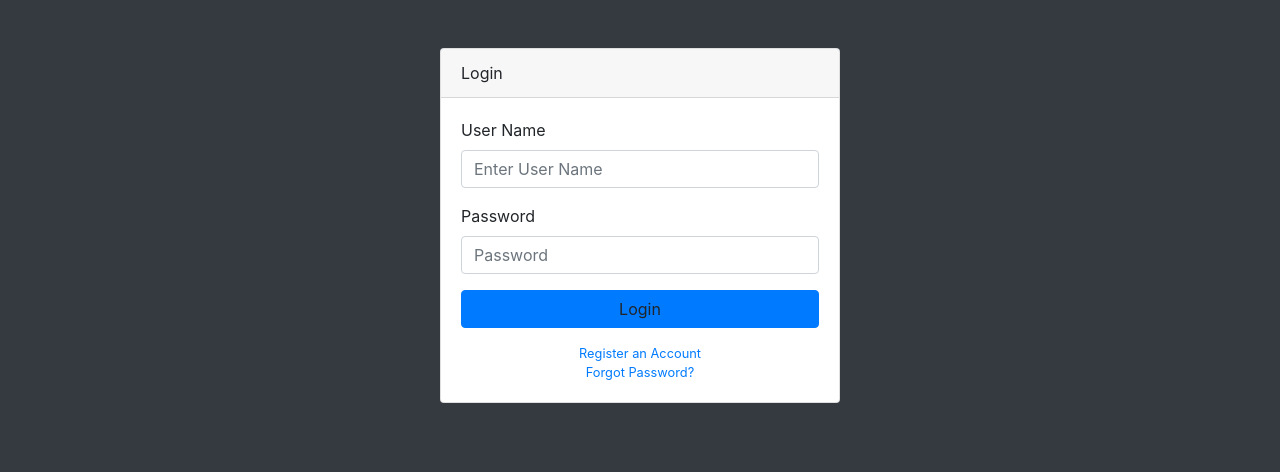
Repository: riorbak/Batch-Source
Page: Project 1/ERS/src/main/webapp/00-login.html
These files come from the project's save history. The page is drawn as it stood at one moment and after the next save; the edit follows.
The browser window is 1280 px wide. The pictures show the whole page.

Above is the page before, as saved 2018-03-12 00:35:42.
Console error: ReferenceError: getJSON is not defined

### Project 1/ERS/src/main/webapp/00-login.html
<!DOCTYPE html>
<html lang="en">

<head>
  <meta charset="utf-8">
  <meta http-equiv="X-UA-Compatible" content="IE=edge">
  <meta name="viewport" content="width=device-width, initial-scale=1, shrink-to-fit=no">
  <meta name="description" content="">
  <meta name="author" content="">
  <title>ERS - Login</title>
  <!-- Bootstrap core CSS-->
  <link href="vendor/bootstrap/css/bootstrap.min.css" rel="stylesheet">
  <!-- Custom fonts for this template-->
  <link href="vendor/font-awesome/css/font-awesome.min.css" rel="stylesheet" type="text/css">
  <!-- Custom styles for this template-->
  <link href="css/sb-admin.css" rel="stylesheet">
</head>

<body class="bg-dark">

  <div class="container">

    <div class="card card-login mx-auto mt-5">
      <div class="card-header">Login</div>
      <div class="card-body">
        <form action="LoginServlet" method="post">
          <div class="form-group">
            <label for="inputUsername">User Name</label>
            <input class="form-control" id="inputUsername" type="text" name="username" placeholder="Enter User Name">
          </div>
          <div class="form-group">
            <label for="inputPassword">Password</label>
            <input class="form-control" id="inputPassword" type="password" name="password" placeholder="Password">
          </div>
          <a class="btn btn-primary btn-block" id="loginBtn">Login</a>
          <!-- Skips AJAX, goes right to servlet | <input type="submit" value="Login"/> -->
        </form>
        <div class="text-center">
          <a class="d-block small mt-3" href="register.html">Register an Account</a>
          <a class="d-block small" href="forgot-password.html">Forgot Password?</a>
        </div>
      </div>
    </div>
  </div>
  <!-- Bootstrap core JavaScript-->
  <script src="vendor/jquery/jquery.min.js"></script>
  <script src="vendor/bootstrap/js/bootstrap.bundle.min.js"></script>
  <!-- Core plugin JavaScript-->
  <script src="vendor/jquery-easing/jquery.easing.min.js"></script>

  <script src="resources/login.js"></script>

</body>
</html>

### Project 1/ERS/src/main/webapp/css/sb-admin.css
html {
  position: relative;
  min-height: 100%;
}

body {
  overflow-x: hidden;
}

body.sticky-footer {
  margin-bottom: 56px;
}

body.sticky-footer .content-wrapper {
  min-height: calc(100vh - 56px - 56px);
}

body.fixed-nav {
  padding-top: 56px;
}

.content-wrapper {
  min-height: calc(100vh - 56px);
  padding-top: 1rem;
}

.scroll-to-top {
  position: fixed;
  right: 15px;
  bottom: 3px;
  display: none;
  width: 50px;
  height: 50px;
  text-align: center;
  color: white;
  background: rgba(52, 58, 64, 0.5);
  line-height: 45px;
}

.scroll-to-top:focus, .scroll-to-top:hover {
  color: white;
}

.scroll-to-top:hover {
  background: #343a40;
}

.scroll-to-top i {
  font-weight: 800;
}

.smaller {
  font-size: 0.7rem;
}

.o-hidden {
  overflow: hidden !important;
}

.z-0 {
  z-index: 0;
}

.z-1 {
  z-index: 1;
}

#mainNav .navbar-collapse {
  overflow: auto;
  max-height: 75vh;
}

#mainNav .navbar-collapse .navbar-nav .nav-item .nav-link {
  cursor: pointer;
}

#mainNav .navbar-collapse .navbar-sidenav .nav-link-collapse:after {
  float: right;
  content: '\f107';
  font-family: 'FontAwesome';
}

#mainNav .navbar-collapse .navbar-sidenav .nav-link-collapse.collapsed:after {
  content: '\f105';
}

#mainNav .navbar-collapse .navbar-sidenav .sidenav-second-level,
#mainNav .navbar-collapse .navbar-sidenav .sidenav-third-level {
  padding-left: 0;
}

#mainNav .navbar-collapse .navbar-sidenav .sidenav-second-level > li > a,
#mainNav .navbar-collapse .navbar-sidenav .sidenav-third-level > li > a {
  display: block;
  padding: 0.5em 0;
}

#mainNav .navbar-collapse .navbar-sidenav .sidenav-second-level > li > a:focus, #mainNav .navbar-collapse .navbar-sidenav .sidenav-second-level > li > a:hover,
#mainNav .navbar-collapse .navbar-sidenav .sidenav-third-level > li > a:focus,
#mainNav .navbar-collapse .navbar-sidenav .sidenav-third-level > li > a:hover {
  text-decoration: none;
}

#mainNav .navbar-collapse .navbar-sidenav .sidenav-second-level > li > a {
  padding-left: 1em;
}

#mainNav .navbar-collapse .navbar-sidenav .sidenav-third-level > li > a {
  padding-left: 2em;
}

#mainNav .navbar-collapse .sidenav-toggler {
  display: none;
}

#mainNav .navbar-collapse .navbar-nav > .nav-item.dropdown > .nav-link {
  position: relative;
  min-width: 45px;
}

#mainNav .navbar-collapse .navbar-nav > .nav-item.dropdown > .nav-link:after {
  float: right;
  width: auto;
  content: '\f105';
  border: none;
  font-family: 'FontAwesome';
}

#mainNav .navbar-collapse .navbar-nav > .nav-item.dropdown > .nav-link .indicator {
  position: absolute;
  top: 5px;
  left: 21px;
  font-size: 10px;
}

#mainNav .navbar-collapse .navbar-nav > .nav-item.dropdown.show > .nav-link:after {
  content: '\f107';
}

#mainNav .navbar-collapse .navbar-nav > .nav-item.dropdown .dropdown-menu > .dropdown-item > .dropdown-message {
  overflow: hidden;
  max-width: none;
  text-overflow: ellipsis;
}

@media (min-width: 992px) {
  #mainNav .navbar-brand {
    width: 250px;
  }
  #mainNav .navbar-collapse {
    overflow: visible;
    max-height: none;
  }
  #mainNav .navbar-collapse .navbar-sidenav {
    position: absolute;
    top: 0;
    left: 0;
    -webkit-flex-direction: column;
    -ms-flex-direction: column;
    flex-direction: column;
    margin-top: 56px;
  }
  #mainNav .navbar-collapse .navbar-sidenav > .nav-item {
    width: 250px;
    padding: 0;
  }
  #mainNav .navbar-collapse .navbar-sidenav > .nav-item > .nav-link {
    padding: 1em;
  }
  #mainNav .navbar-collapse .navbar-sidenav > .nav-item .sidenav-second-level,
  #mainNav .navbar-collapse .navbar-sidenav > .nav-item .sidenav-third-level {
    padding-left: 0;
    list-style: none;
  }
  #mainNav .navbar-collapse .navbar-sidenav > .nav-item .sidenav-second-level > li,
  #mainNav .navbar-collapse .navbar-sidenav > .nav-item .sidenav-third-level > li {
    width: 250px;
  }
  #mainNav .navbar-collapse .navbar-sidenav > .nav-item .sidenav-second-level > li > a,
  #mainNav .navbar-collapse .navbar-sidenav > .nav-item .sidenav-third-level > li > a {
    padding: 1em;
  }
  #mainNav .navbar-collapse .navbar-sidenav > .nav-item .sidenav-second-level > li > a {
    padding-left: 2.75em;
  }
  #mainNav .navbar-collapse .navbar-sidenav > .nav-item .sidenav-third-level > li > a {
    padding-left: 3.75em;
  }
  #mainNav .navbar-collapse .navbar-nav > .nav-item.dropdown > .nav-link {
    min-width: 0;
  }
  #mainNav .navbar-collapse .navbar-nav > .nav-item.dropdown > .nav-link:after {
    width: 24px;
    text-align: center;
  }
  #mainNav .navbar-collapse .navbar-nav > .nav-item.dropdown .dropdown-menu > .dropdown-item > .dropdown-message {
    max-width: 300px;
  }
}

#mainNav.fixed-top .sidenav-toggler {
  display: none;
}

@media (min-width: 992px) {
  #mainNav.fixed-top .navbar-sidenav {
    height: calc(100vh - 112px);
  }
  #mainNav.fixed-top .sidenav-toggler {
    position: absolute;
    top: 0;
    left: 0;
    display: flex;
    -webkit-flex-direction: column;
    -ms-flex-direction: column;
    flex-direction: column;
    margin-top: calc(100vh - 56px);
  }
  #mainNav.fixed-top .sidenav-toggler > .nav-item {
    width: 250px;
    padding: 0;
  }
  #mainNav.fixed-top .sidenav-toggler > .nav-item > .nav-link {
    padding: 1em;
  }
}

#mainNav.fixed-top.navbar-dark .sidenav-toggler {
  background-color: #212529;
}

#mainNav.fixed-top.navbar-dark .sidenav-toggler a i {
  color: #adb5bd;
}

#mainNav.fixed-top.navbar-light .sidenav-toggler {
  background-color: #dee2e6;
}

#mainNav.fixed-top.navbar-light .sidenav-toggler a i {
  color: rgba(0, 0, 0, 0.5);
}

body.sidenav-toggled #mainNav.fixed-top .sidenav-toggler {
  overflow-x: hidden;
  width: 55px;
}

body.sidenav-toggled #mainNav.fixed-top .sidenav-toggler .nav-item,
body.sidenav-toggled #mainNav.fixed-top .sidenav-toggler .nav-link {
  width: 55px !important;
}

body.sidenav-toggled #mainNav.fixed-top #sidenavToggler i {
  -webkit-transform: scaleX(-1);
  -moz-transform: scaleX(-1);
  -o-transform: scaleX(-1);
  transform: scaleX(-1);
  filter: FlipH;
  -ms-filter: 'FlipH';
}

#mainNav.static-top .sidenav-toggler {
  display: none;
}

@media (min-width: 992px) {
  #mainNav.static-top .sidenav-toggler {
    display: flex;
  }
}

body.sidenav-toggled #mainNav.static-top #sidenavToggler i {
  -webkit-transform: scaleX(-1);
  -moz-transform: scaleX(-1);
  -o-transform: scaleX(-1);
  transform: scaleX(-1);
  filter: FlipH;
  -ms-filter: 'FlipH';
}

.content-wrapper {
  overflow-x: hidden;
  background: white;
}

@media (min-width: 992px) {
  .content-wrapper {
    margin-left: 250px;
  }
}

#sidenavToggler i {
  font-weight: 800;
}

.navbar-sidenav-tooltip.show {
  display: none;
}

@media (min-width: 992px) {
  body.sidenav-toggled .content-wrapper {
    margin-left: 55px;
  }
}

body.sidenav-toggled .navbar-sidenav {
  width: 55px;
}

body.sidenav-toggled .navbar-sidenav .nav-link-text {
  display: none;
}

body.sidenav-toggled .navbar-sidenav .nav-item,
body.sidenav-toggled .navbar-sidenav .nav-link {
  width: 55px !important;
}

body.sidenav-toggled .navbar-sidenav .nav-item:after,
body.sidenav-toggled .navbar-sidenav .nav-link:after {
  display: none;
}

body.sidenav-toggled .navbar-sidenav .nav-item {
  white-space: nowrap;
}

body.sidenav-toggled .navbar-sidenav-tooltip.show {
  display: flex;
}

#mainNav.navbar-dark .navbar-collapse .navbar-sidenav .nav-link-collapse:after {
  color: #868e96;
}

#mainNav.navbar-dark .navbar-collapse .navbar-sidenav > .nav-item > .nav-link {
  color: #868e96;
}

#mainNav.navbar-dark .navbar-collapse .navbar-sidenav > .nav-item > .nav-link:hover {
  color: #adb5bd;
}

#mainNav.navbar-dark .navbar-collapse .navbar-sidenav > .nav-item .sidenav-second-level > li > a,
#mainNav.navbar-dark .navbar-collapse .navbar-sidenav > .nav-item .sidenav-third-level > li > a {
  color: #868e96;
}

#mainNav.navbar-dark .navbar-collapse .navbar-sidenav > .nav-item .sidenav-second-level > li > a:focus, #mainNav.navbar-dark .navbar-collapse .navbar-sidenav > .nav-item .sidenav-second-level > li > a:hover,
#mainNav.navbar-dark .navbar-collapse .navbar-sidenav > .nav-item .sidenav-third-level > li > a:focus,
#mainNav.navbar-dark .navbar-collapse .navbar-sidenav > .nav-item .sidenav-third-level > li > a:hover {
  color: #adb5bd;
}

#mainNav.navbar-dark .navbar-collapse .navbar-nav > .nav-item.dropdown > .nav-link:after {
  color: #adb5bd;
}

@media (min-width: 992px) {
  #mainNav.navbar-dark .navbar-collapse .navbar-sidenav {
    background: #343a40;
  }
  #mainNav.navbar-dark .navbar-collapse .navbar-sidenav li.active a {
    color: white !important;
    background-color: #495057;
  }
  #mainNav.navbar-dark .navbar-collapse .navbar-sidenav li.active a:focus, #mainNav.navbar-dark .navbar-collapse .navbar-sidenav li.active a:hover {
    color: white;
  }
  #mainNav.navbar-dark .navbar-collapse .navbar-sidenav > .nav-item .sidenav-second-level,
  #mainNav.navbar-dark .navbar-collapse .navbar-sidenav > .nav-item .sidenav-third-level {
    background: #343a40;
  }
}

#mainNav.navbar-light .navbar-collapse .navbar-sidenav .nav-link-collapse:after {
  color: rgba(0, 0, 0, 0.5);
}

#mainNav.navbar-light .navbar-collapse .navbar-sidenav > .nav-item > .nav-link {
  color: rgba(0, 0, 0, 0.5);
}

#mainNav.navbar-light .navbar-collapse .navbar-sidenav > .nav-item > .nav-link:hover {
  color: rgba(0, 0, 0, 0.7);
}

#mainNav.navbar-light .navbar-collapse .navbar-sidenav > .nav-item .sidenav-second-level > li > a,
#mainNav.navbar-light .navbar-collapse .navbar-sidenav > .nav-item .sidenav-third-level > li > a {
  color: rgba(0, 0, 0, 0.5);
}

#mainNav.navbar-light .navbar-collapse .navbar-sidenav > .nav-item .sidenav-second-level > li > a:focus, #mainNav.navbar-light .navbar-collapse .navbar-sidenav > .nav-item .sidenav-second-level > li > a:hover,
#mainNav.navbar-light .navbar-collapse .navbar-sidenav > .nav-item .sidenav-third-level > li > a:focus,
#mainNav.navbar-light .navbar-collapse .navbar-sidenav > .nav-item .sidenav-third-level > li > a:hover {
  color: rgba(0, 0, 0, 0.7);
}

#mainNav.navbar-light .navbar-collapse .navbar-nav > .nav-item.dropdown > .nav-link:after {
  color: rgba(0, 0, 0, 0.5);
}

@media (min-width: 992px) {
  #mainNav.navbar-light .navbar-collapse .navbar-sidenav {
    background: #f8f9fa;
  }
  #mainNav.navbar-light .navbar-collapse .navbar-sidenav li.active a {
    color: #000 !important;
    background-color: #e9ecef;
  }
  #mainNav.navbar-light .navbar-collapse .navbar-sidenav li.active a:focus, #mainNav.navbar-light .navbar-collapse .navbar-sidenav li.active a:hover {
    color: #000;
  }
  #mainNav.navbar-light .navbar-collapse .navbar-sidenav > .nav-item .sidenav-second-level,
  #mainNav.navbar-light .navbar-collapse .navbar-sidenav > .nav-item .sidenav-third-level {
    background: #f8f9fa;
  }
}

.card-body-icon {
  position: absolute;
  z-index: 0;
  top: -25px;
  right: -25px;
  font-size: 5rem;
  -webkit-transform: rotate(15deg);
  -ms-transform: rotate(15deg);
  transform: rotate(15deg);
}

@media (min-width: 576px) {
  .card-columns {
    column-count: 1;
  }
}

@media (min-width: 768px) {
  .card-columns {
    column-count: 2;
  }
}

@media (min-width: 1200px) {
  .card-columns {
    column-count: 2;
  }
}

.card-login {
  max-width: 25rem;
}

.card-register {
  max-width: 40rem;
}

footer.sticky-footer {
  position: absolute;
  right: 0;
  bottom: 0;
  width: 100%;
  height: 56px;
  background-color: #e9ecef;
  line-height: 55px;
}

@media (min-width: 992px) {
  footer.sticky-footer {
    width: calc(100% - 250px);
  }
}

@media (min-width: 992px) {
  body.sidenav-toggled footer.sticky-footer {
    width: calc(100% - 55px);
  }
}

### Project 1/ERS/src/main/webapp/resources/login.js


document.getElementById("loginBtn").addEventListener("click", getJSON);

Loaded but not shown: Project 1/ERS/src/main/webapp/vendor/bootstrap/css/bootstrap.min.css (library); Project 1/ERS/src/main/webapp/vendor/font-awesome/css/font-awesome.min.css (library); Project 1/ERS/src/main/webapp/vendor/jquery/jquery.min.js (library); Project 1/ERS/src/main/webapp/vendor/bootstrap/js/bootstrap.bundle.min.js (library); Project 1/ERS/src/main/webapp/vendor/jquery-easing/jquery.easing.min.js (common file)

After the next save:
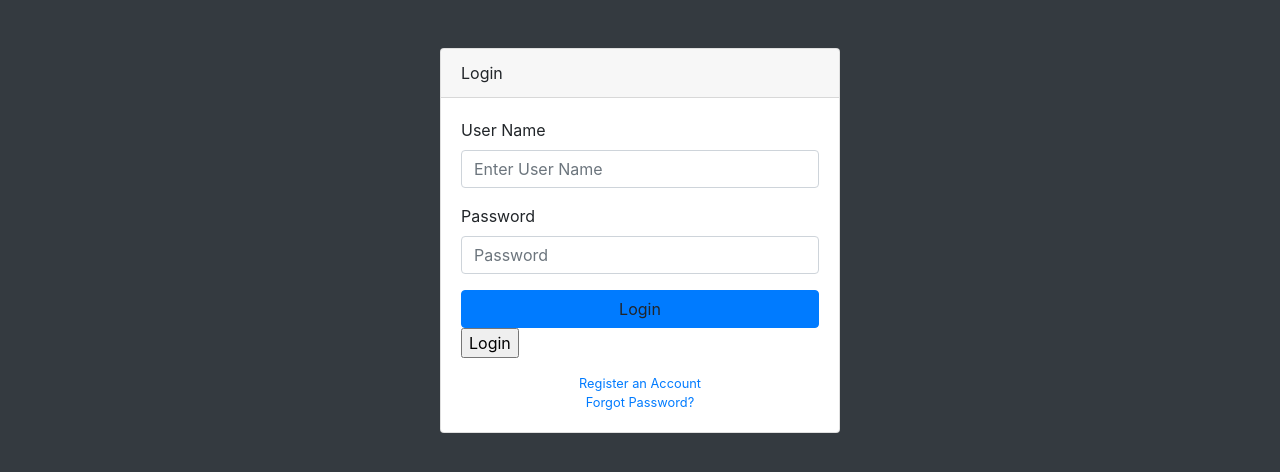
Saved 8 s later.
--- a/Project 1/ERS/src/main/webapp/00-login.html
+++ b/Project 1/ERS/src/main/webapp/00-login.html
@@ -17,9 +17,7 @@
 </head>
 
 <body class="bg-dark">
-
   <div class="container">
-
     <div class="card card-login mx-auto mt-5">
       <div class="card-header">Login</div>
       <div class="card-body">
@@ -33,7 +31,7 @@
             <input class="form-control" id="inputPassword" type="password" name="password" placeholder="Password">
           </div>
           <a class="btn btn-primary btn-block" id="loginBtn">Login</a>
-          <!-- Skips AJAX, goes right to servlet | <input type="submit" value="Login"/> -->
+		  <input type="submit" value="Login"/>
         </form>
         <div class="text-center">
           <a class="d-block small mt-3" href="register.html">Register an Account</a>
